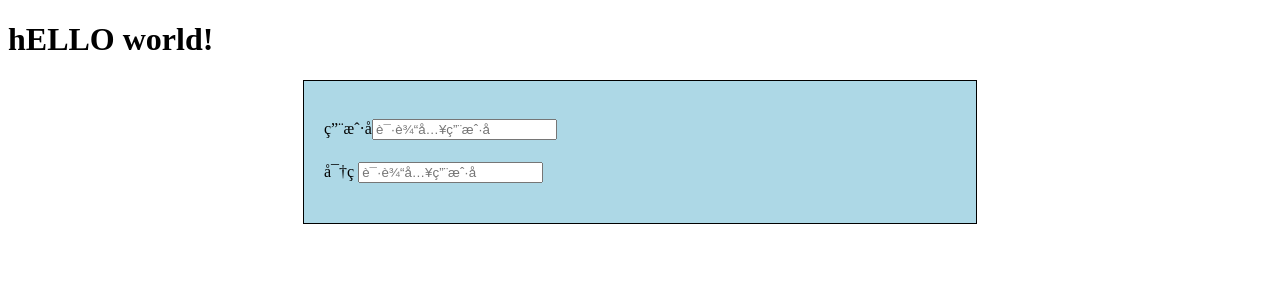
Repository: BlueBubbleWei/java
Page: http://localhost/MyWeb/
The author's editor kept a copy of each file at every save. The page is drawn from the files as they stood at one save, then again after the next save.
The browser window is 1280 px wide. The pictures show the whole page.
The page is served by Tomcat 9.

Above is the page before, as saved 2017-04-14 01:02:35.

After the next save:
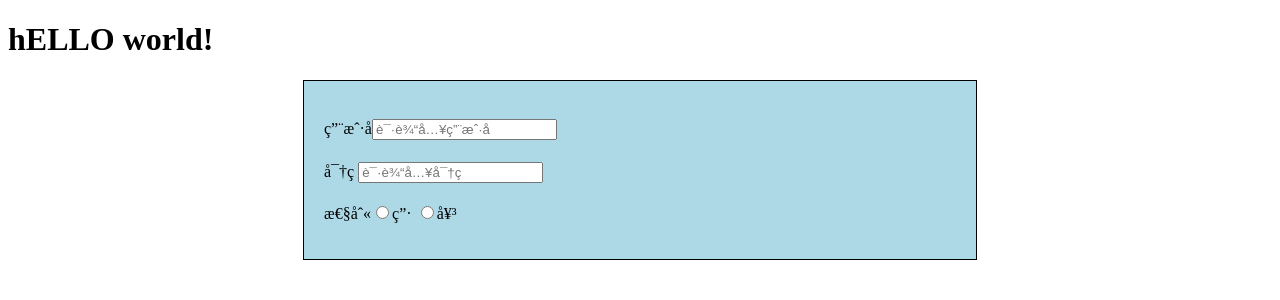
Saved 115 s later.
--- a/workspace/MyWeb/WebContent/index.jsp
+++ b/workspace/MyWeb/WebContent/index.jsp
@@ -22,7 +22,10 @@
 	<div class="content">
 		<form>
 		<p><span>用户名</span><input type="text" placeholder="请输入用户名"  /></p>
-		<p><span>密码</span><input type="text" placeholder="请输入用户名"  /></p>
+		<p><span>密码</span><input type="password" placeholder="请输入密码"  /></p>
+		<p><span>性别</span><input type="radio"name="sex" value="male"  />男
+		<input type="radio"name="sex" value="female"  />女
+		</p>
 		</form>
 	</div>
 
